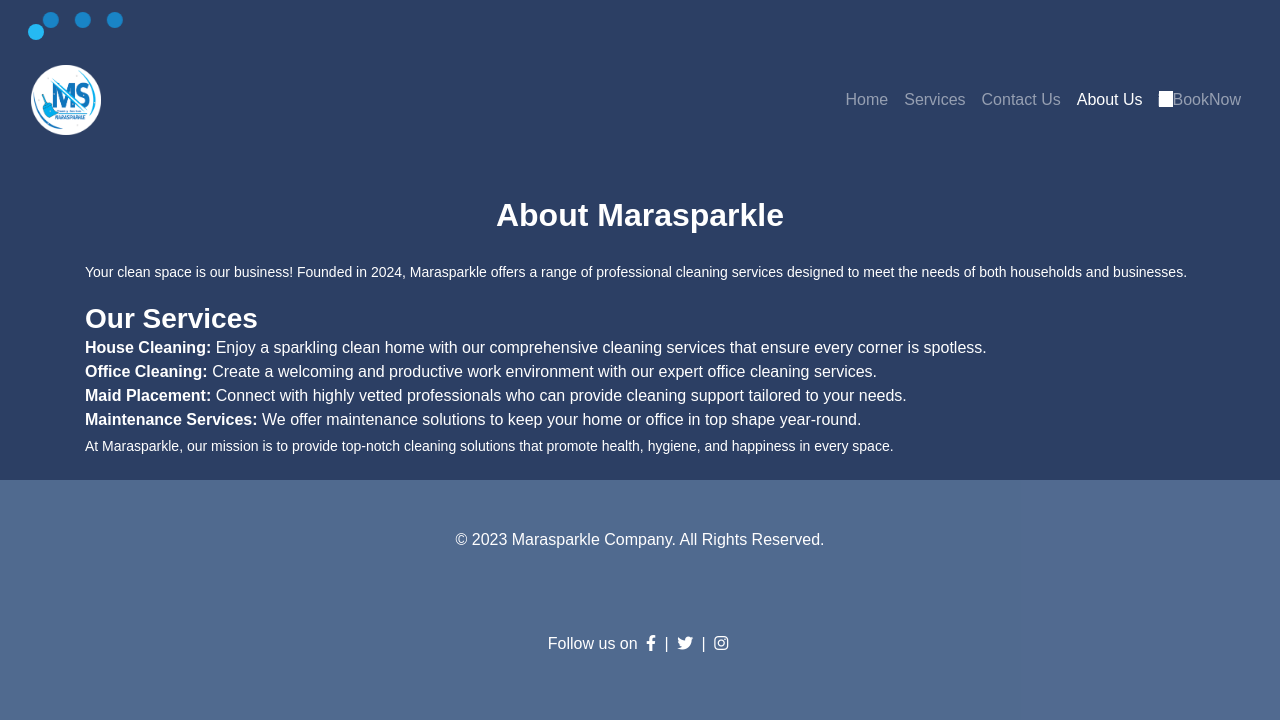
Repository: guineveretim/sparkle
Page: http://localhost/about/
These files come from the project's save history. The page is drawn as it stood at one moment and after the next save; the edit follows.
The browser window is 1280 px wide. The pictures show the whole page.
The page is served by the project's application, run on Django 5.2 (manage.py). Other server files are loaded and not shown.

Above is the page before, as saved 2025-03-26 13:03:31.

### templates/application/about.html
{% load static%}
<!DOCTYPE html>
<html lang="en">

<head>
    <meta charset="utf-8">
    <meta name="viewport" content="width=device-width, initial-scale=1, shrink-to-fit=no">


    <title>{% block title %}Marasparkle{% endblock %}</title>

     <!-- Font Awesome CDN -->
    <link rel="stylesheet" href="https://cdnjs.cloudflare.com/ajax/libs/font-awesome/6.0.0-beta3/css/all.min.css">

    <!--Google fomts-->
    <link href="https://fonts.googleapis.com/css2?family=Roboto:wght@400&display=swap" rel="stylesheet">

    <!-- Bootstrap core CSS -->
    <link rel="stylesheet" href="https://cdn.jsdelivr.net/npm/bootstrap@4.1.3/dist/css/bootstrap.min.css" integrity="sha384-MCw98/SFnGE8fJT3GXwEOngsV7Zt27NXFoaoApmYm81iuXoPkFOJwJ8ERdknLPMO" crossorigin="anonymous">



    <link rel="stylesheet" href="{% static 'assets/css/templatemo-villa-agency.css' %}">


</head>

<body>
    <!-- ***** Preloader Start ***** -->
    <div id="js-preloader" class="js-preloader">
        <div class="preloader-inner">
            <span class="dot"></span>
            <div class="dots">
                <span></span>
                <span></span>
                <span></span>
            </div>
        </div>
    </div>
    <!-- ***** Preloader End ***** -->



    <!-- ***** Header Area Start ***** -->
        <nav class="navbar navbar-expand-lg navbar-dark sticky-top" style="background-color: #2c3f64;">
            <div class="container-fluid">
            <a class="navbar-brand" href="{% url 'home' %}">
                <img src="{% static 'icons/Maralog.png' %}" style="width:70px;">
            </a>
            <button class="navbar-toggler" type="button" data-toggle="collapse" data-target="#navbarNav" aria-controls="navbarNav" aria-expanded="false" aria-label="Toggle navigation">
                <span class="navbar-toggler-icon"></span>
            </button>

            <div class="collapse navbar-collapse" id="navbarNav">
                <ul  class="navbar-nav ml-auto">
                    <li class="nav-item">
                        <a class="nav-link" href="{% url 'home' %}">Home <span class="sr-only">(current)</span></a>
                    </li>
                    <li class="nav-item">
                        <a class="nav-link" href="{% url 'services_details' %}">Services</a>
                    </li>

                    <li class="nav-item">
                        <a class="nav-link" href="{% url 'contact' %}">Contact Us</a>
                    </li>
                    <li class="nav-item active">
                        <a class="nav-link" href="{% url 'about' %}">About Us</a>
                    </li>
                    <li class="nav-item">
                        <a class="nav-link" href="{% url 'login' %}"><i class="fas fa-calendar" style="background-color: rgb(255, 255, 255);"></i>BookNow</a>
                    </li>
                </ul>
            </div>
        </div>
        </nav>

    <!-- ***** Header Area End ***** -->

      <!-- ***** About Section Start ***** -->
      <div class="container mt-5 text-white">
        <h2 class="text-center mb-4" style="color:white;">About Marasparkle</h2>
        <p style="color:white;">Your clean space is our business! Founded in 2024, Marasparkle offers a range of professional cleaning services designed to meet the needs of both households and businesses.</p>

        <h3 style="color:white;">Our Services</h3>
        <ul>
            <li><strong>House Cleaning:</strong> Enjoy a sparkling clean home with our comprehensive cleaning services that ensure every corner is spotless.</li>
            <li><strong>Office Cleaning:</strong> Create a welcoming and productive work environment with our expert office cleaning services.</li>
            <li><strong>Maid Placement:</strong> Connect with highly vetted professionals who can provide cleaning support tailored to your needs.</li>
            <li><strong>Maintenance Services:</strong> We offer maintenance solutions to keep your home or office in top shape year-round.</li>
        </ul>

        <p style="color:white;">At Marasparkle, our mission is to provide top-notch cleaning solutions that promote health, hygiene, and happiness in every space.</p>
    </div>
    <!-- ***** About Section End ***** -->

    <footer class="footer text-center fixed-bottom" style="background-color: rgba(166, 206, 243, 0.3); padding: 10px 0;">
        <div class="container">
            <p class="mb-1">© 2023 Marasparkle Company. All Rights Reserved.</p>
            <p style="color: white;">
                Follow us on
                <a href="#" class="mx-1 text-white">
                    <i class="fab fa-facebook-f"></i>
                </a>
                <span>|</span>
                <a href="#" class="mx-1 text-white">
                    <i class="fab fa-twitter"></i>
                </a>
                <span>|</span>
                <a href="#" class="mx-1 text-white">
                    <i class="fab fa-instagram"></i>
                </a>
            </p>
        </div>
    </footer>




<!-- jQuery first, then Popper.js, then Bootstrap JS -->
<script src="https://code.jquery.com/jquery-3.3.1.slim.min.js" integrity="sha384-q8i/X+965DzO0rT7abK41JStQIAqVgRVzpbzo5smXKp4YfRvH+8abtTE1Pi6jizo" crossorigin="anonymous"></script>
<script src="https://cdn.jsdelivr.net/npm/popper.js@1.14.3/dist/umd/popper.min.js" integrity="sha384-ZMP7rVo3mIykV+2+9J3UJ46jBk0WLaUAdn689aCwoqbBJiSnjAK/l8WvCWPIPm49" crossorigin="anonymous"></script>
<script src="https://cdn.jsdelivr.net/npm/bootstrap@4.1.3/dist/js/bootstrap.min.js" integrity="sha384-ChfqqxuZUCnJSK3+MXmPNIyE6ZbWh2IMqE241rYiqJxyMiZ6OW/JmZQ5stwEULTy" crossorigin="anonymous"></script>
</body>

</html>

### marasparkle/views.py

from django.shortcuts import redirect, render
from django.contrib.auth import authenticate, login
from .forms import RegisterForm, LoginForm
from django.contrib.auth.decorators import login_required
from django.contrib import messages
from .forms import BookingForm



def home(request):
  return render(request, 'home.html')

def Service(request):
    return render(request, 'application/services.html')


def contact(request):
    return render(request, 'application/contact.html')

def about_view(request):
    return render(request, 'application/about.html')


def register(request):
   if request.method == 'POST':
       form = RegisterForm(request.POST)
       if form.is_valid():
           user = form.save()
           login(request, user)
           return redirect('login')
   else:
       form = RegisterForm()
   return render(request, 'authentication/register.html', {'form': form})

def login_view(request):
    if request.method == 'POST':
        form = LoginForm(data=request.POST)
        if form.is_valid():
            username = form.cleaned_data.get('username')
            password = form.cleaned_data.get('password')
            user = authenticate(request, username=username, password=password)
            if user is not None:
                login(request, user)
                return redirect('bookings')
            else:

                messages.error(request, 'Invalid username or password.')
    else:
        form = LoginForm()
    return render(request, 'authentication/login.html', {'form': form})


@login_required
def create_booking(request):
    if request.method == 'POST':
        form = BookingForm(request.POST)
        if form.is_valid():
            booking = form.save(commit=False)
            booking.user = request.user
            booking.save()
            return redirect('booking_success')
    else:
        form = BookingForm()

    return render(request,'accounts/booking.html', {'form':form})

### marasparkleweb/urls.py
"""
URL configuration for marasparkleweb project.

The `urlpatterns` list routes URLs to views. For more information please see:
    https://docs.djangoproject.com/en/5.1/topics/http/urls/
Examples:
Function views
    1. Add an import:  from my_app import views
    2. Add a URL to urlpatterns:  path('', views.home, name='home')
Class-based views
    1. Add an import:  from other_app.views import Home
    2. Add a URL to urlpatterns:  path('', Home.as_view(), name='home')
Including another URLconf
    1. Import the include() function: from django.urls import include, path
    2. Add a URL to urlpatterns:  path('blog/', include('blog.urls'))
"""
from django.contrib import admin
from django.urls import include, path

urlpatterns = [
    path('admin/', admin.site.urls),
    path('', include('marasparkle.urls')),
]

### marasparkle/urls.py
from django.urls import path

from marasparkle.forms import ResetPasswordConfirmForm, ResetPasswordForm
from . import views
from django.contrib.auth import views as auth_views


urlpatterns = [
    path('', views.home, name='home'),
    path('about/',views.about_view, name='about'),
    path('services/',views.Service,name='services_details'),
    path('login/', views.login_view, name= 'login'),
    path('register/', views.register, name='register'),
    path('contact/', views.contact, name='contact'),

    path('password_reset/', auth_views.PasswordResetView.as_view(
        template_name='authentication/password_reset.html',
        form_class=ResetPasswordForm
    ), name='password_reset'),


    path('password_reset_done/', auth_views.PasswordResetDoneView.as_view(
        template_name='authentication/password_reset_done.html'
    ), name='password_reset_done'),


    path('password_reset_confirm/<uidb64>/<token>/', auth_views.PasswordResetConfirmView.as_view(
        template_name='authentication/password_reset_confirm.html',
        form_class=ResetPasswordConfirmForm
    ), name='password_reset_confirm'),

    path('password_reset_complete/', auth_views.PasswordResetCompleteView.as_view(
        template_name='authentication/password_reset_complete.html'
    ), name='password_reset_complete'),

    path('booking/',views.create_booking, name= 'bookings'),



]

Loaded but not shown: static/assets/css/templatemo-villa-agency.css (990 lines, source omitted)

After the next save:
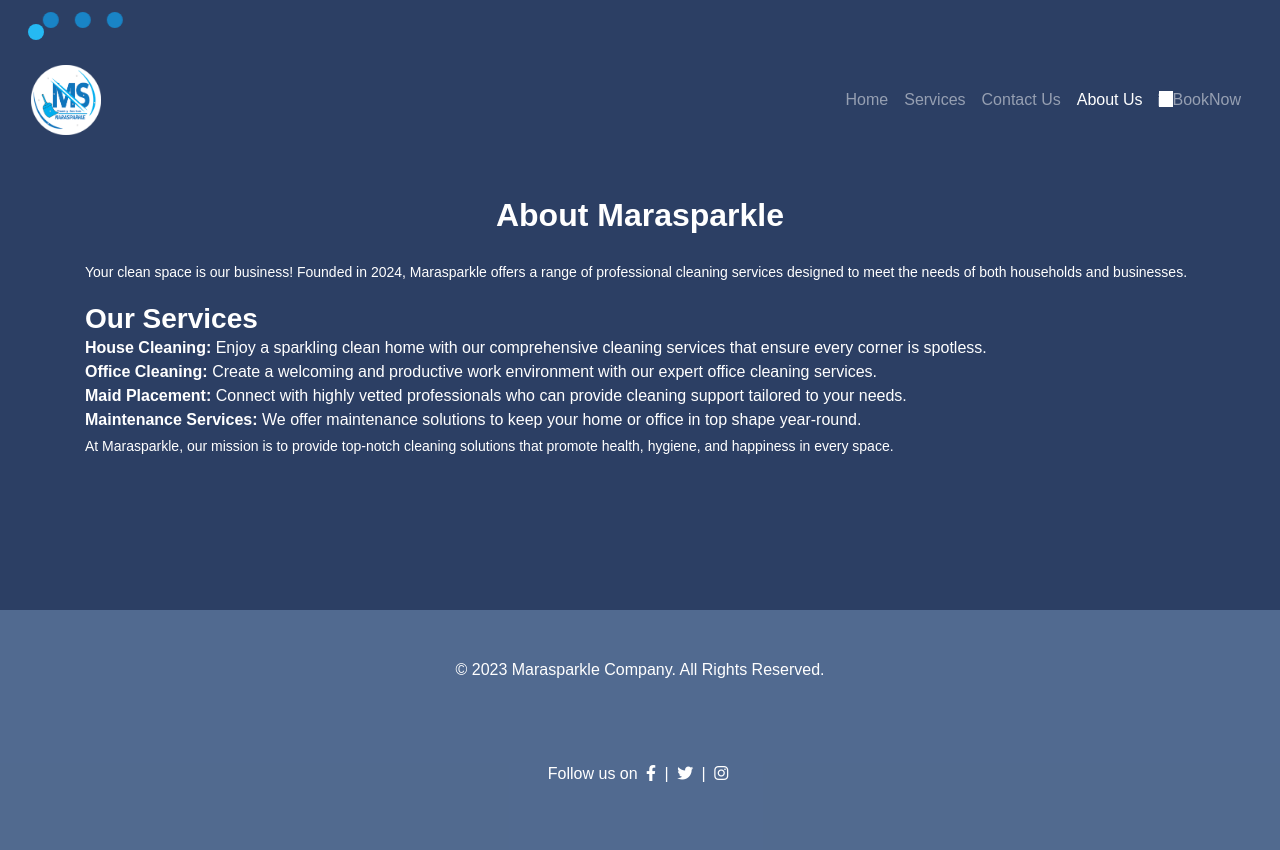
Saved 66 min 3 s later.
--- a/templates/application/about.html
+++ b/templates/application/about.html
@@ -93,8 +93,8 @@
     </div>
     <!-- ***** About Section End ***** -->
 
-    <footer class="footer text-center fixed-bottom" style="background-color: rgba(166, 206, 243, 0.3); padding: 10px 0;">
-        <div class="container">
+    <footer class="footer text-center" style="background-color: rgba(166, 206, 243, 0.3); padding: 10px 0;">
+        <div class="container-fluid">
             <p class="mb-1">© 2023 Marasparkle Company. All Rights Reserved.</p>
             <p style="color: white;">
                 Follow us on
